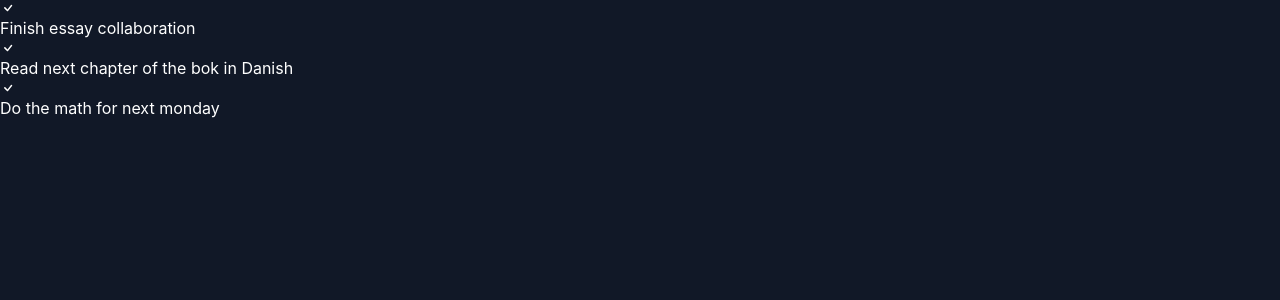
Repository: VachArt/react-exam-work
Page: /
These files come from the project's save history. The page is drawn as it stood at one moment and after the next save; the edit follows.
The browser window is 1280 px wide. The pictures show the whole page.
The project was rebuilt for these pictures with package versions that can differ from the ones it lists, and the page was loaded fresh each time.

Above is the page before, as saved 2022-04-27 14:40:22.

After the next save:
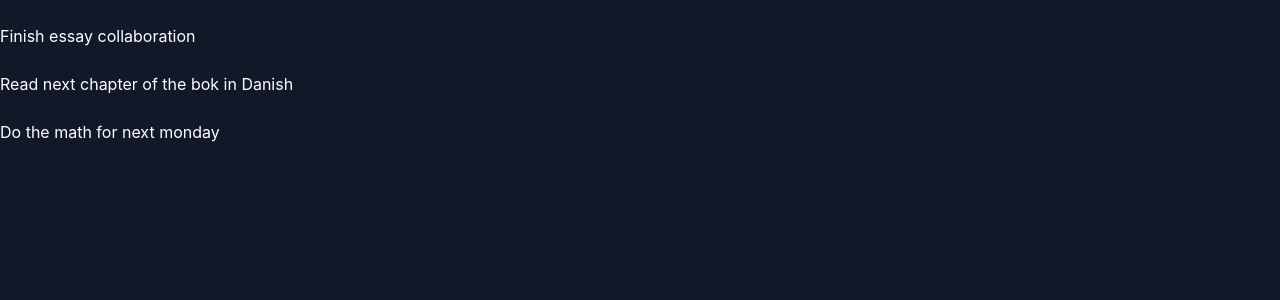
Saved 48 s later.
--- a/src/components/pages/Home/item/Check.jsx
+++ b/src/components/pages/Home/item/Check.jsx
@@ -5,7 +5,7 @@ import {BsCheck} from "react-icons/bs"
 const Check = () => {
     return (
         <div>
-            <BsCheck />
+            <BsCheck size={24} className="text-gray-900"/>
         </div>
     )
 }
